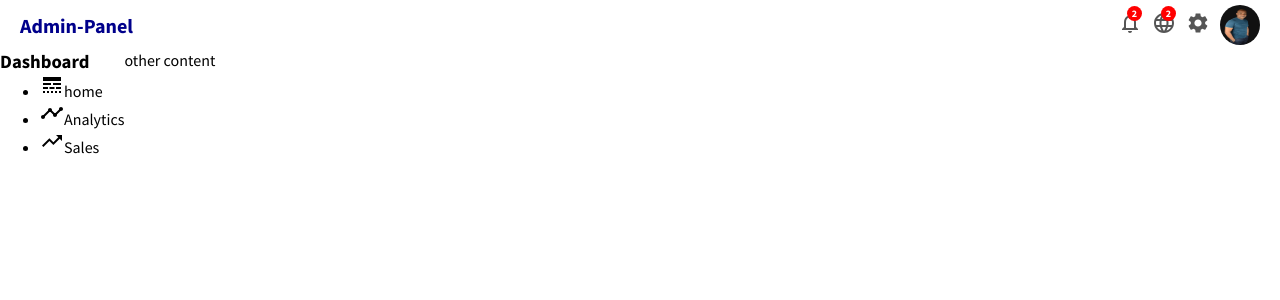
Repository: Samkiroko/admin-panel-ui
Page: /newUser
These files come from the project's save history. The page is drawn as it stood at one moment and after the next save; the edit follows.
The browser window is 1280 px wide. The pictures show the whole page.
The project was rebuilt for these pictures with package versions that can differ from the ones it lists, and the page was loaded fresh each time.

Above is the page before, as saved 2021-09-22 15:44:10.

After the next save:
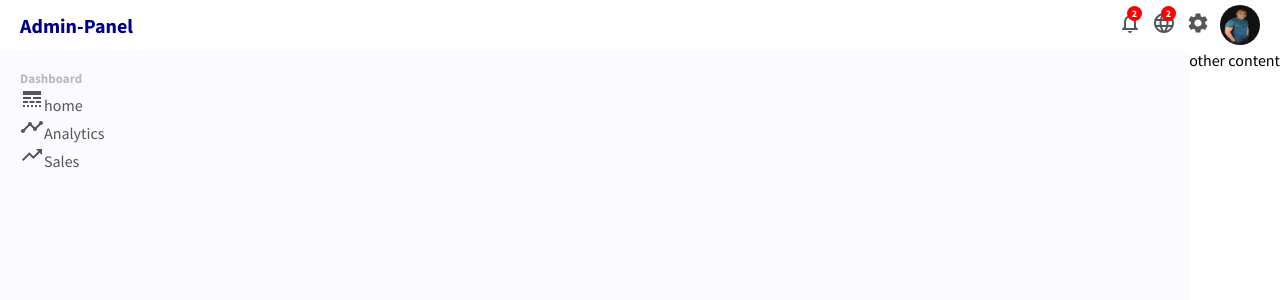
Saved 35 s later.
--- a/src/components/sidebar/Sidebar.js
+++ b/src/components/sidebar/Sidebar.js
@@ -1,5 +1,6 @@
 import { LineStyle, Timeline, TrendingUp } from '@material-ui/icons'
 import React from 'react'
+import './sidebar.css'
 
 const Sidebar = () => {
   return (
